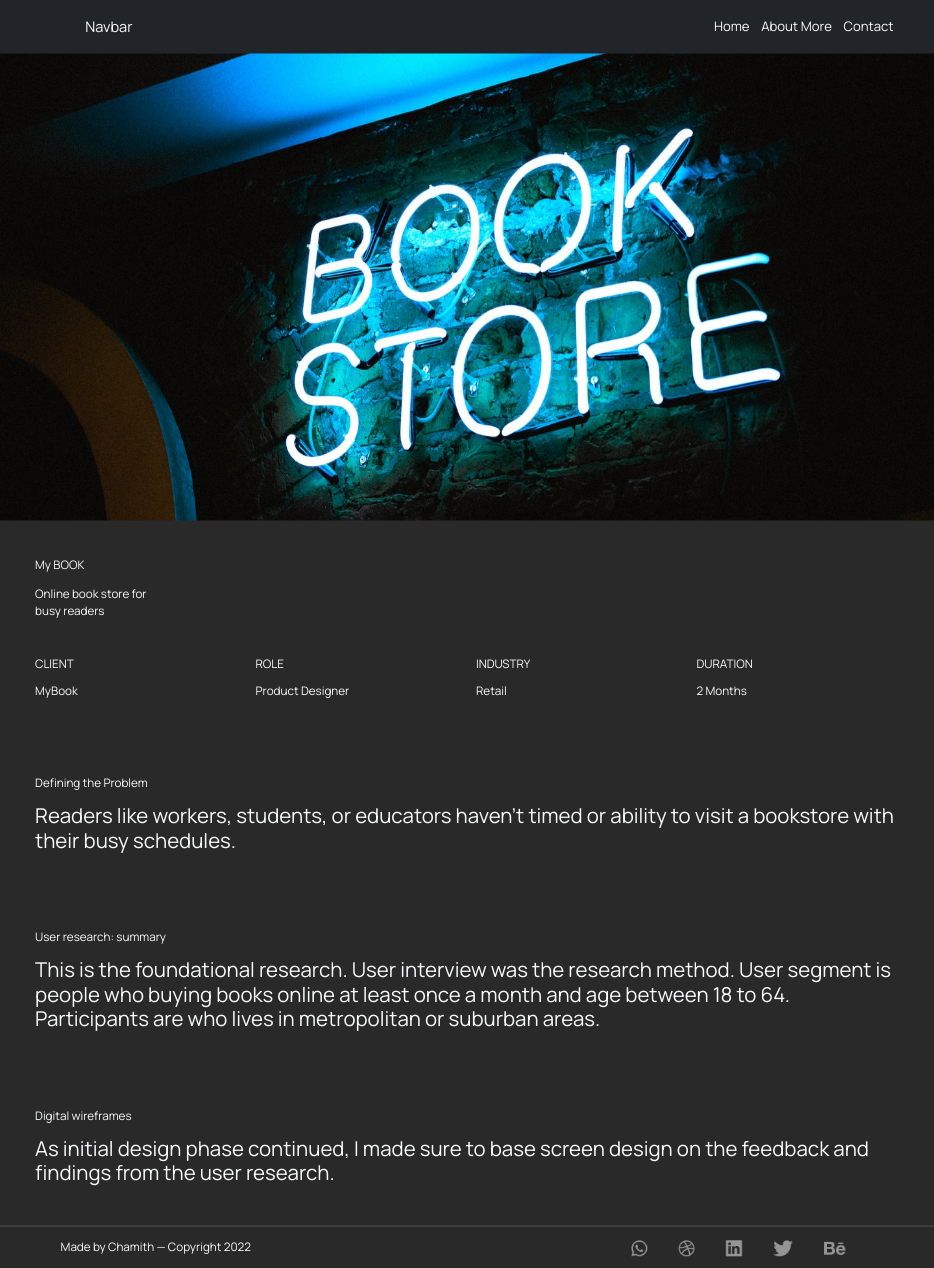
Repository: Realchamithweb/chamith-html
Page: work.html
An editor plug-in stored every save of this project. The page is shown before and after a run of saves, followed by the edit.
The browser window is 1280 px wide. The pictures show the whole page, at 73% of full size.

Above is the page before, as saved 2023-01-24 07:26:05.

### work.html
<!doctype html>
<html lang="en">
  <head>
    <!-- Required meta tags -->
    <meta charset="utf-8">
    <meta name="viewport" content="width=device-width, initial-scale=1">
    <link rel="stylesheet" href="/css/style.css">
    <!-- Bootstrap CSS -->
    <link href="https://cdn.jsdelivr.net/npm/bootstrap@5.0.2/dist/css/bootstrap.min.css" rel="stylesheet" integrity="sha384-EVSTQN3/azprG1Anm3QDgpJLIm9Nao0Yz1ztcQTwFspd3yD65VohhpuuCOmLASjC" crossorigin="anonymous">
    <link rel="stylesheet" href="https://fonts.googleapis.com/css?family=Manrope">
    <title>Hello, world!</title>
  </head>
  <body>
    <div class="main">
            <div class="head">
                <nav class="navbar navbar-expand-lg navbar-light bg-dark">
                    <div class="container-fluid">
                        <div class="col-md-1"></div>
                    <a class="navbar-brand col-md-8 text-light" href="/index.html">Navbar</a>
                    <button class="navbar-toggler" type="button" data-bs-toggle="collapse" data-bs-target="#navbarNavDropdown" aria-controls="navbarNavDropdown" aria-expanded="false" aria-label="Toggle navigation">
                        <span class="navbar-toggler-icon"></span>
                    </button>
                    <div class="collapse navbar-collapse" id="navbarNavDropdown">
                        <ul class="navbar-nav">
                        <li class="nav-item">
                            <a class="nav-link active text-light" aria-current="page" href="/index.html">Home</a>
                        </li>
                        <li class="nav-item">
                            <a class="nav-link text-light" href="/work.html">About More</a>
                        </li>
                        <li class="nav-item">
                            <a class="nav-link text-light" href="/contact.html">Contact</a>
                        </li>
                        </ul>
                    </div>
                    </div>
                </nav>
            </div>
            <section>
                <div class="row">
                    <img src="/inc/work-top.png" class="work-hero">
                </div>
            </section>
            <section>
                <div class="row">
                    <div class="container-fluid text-light ms-5 mt-5">
                        <p>My BOOK</p>
                        <h>Online book store for<br>
                            busy readers </h3>
                    </div>
                </div>
                <div class="row p-5">
                        <div class="col-lg-3 text-light">
                            <p>CLIENT</p>
                            <h6>MyBook</h6>
                        </div>
                        <div class="col-lg-3 text-light">
                            <p>ROLE</p>
                            <h6>Product Designer</h6>
                        </div>
                        <div class="col-lg-3 text-light">
                            <p>INDUSTRY</p>
                            <h6>Retail</h6>
                        </div>
                        <div class="col-lg-3 text-light">
                            <p>DURATION</p>
                            <h6>2 Months</h6>
                        </div>
                </div>
            </section>
            <section>
                <div class="row p-5">
                    <div class="col-lg-12 text-light">
                        <p>Defining the Problem</p>
                        <h3>Readers like workers, students, or educators haven't timed or ability to visit a bookstore with their busy schedules.</h3>
                    </div>
                </div>
            </section>
            <section>
                <div class="row p-5">
                    <div class="col-lg-12 text-light">
                        <p>User research: summary</p>
                        <h3>This is the foundational research. User interview was the research method. User segment is people who buying books online at least once a month and age between 18 to 64. Participants are who lives in metropolitan or suburban areas.</h3>
                    </div>
                </div>
            </section>
            <section>
                <div class="row p-5">
                    <div class="col-lg-12 text-light">
                        <p>Digital wireframes</p>
                        <h3>As initial design phase continued, I made sure to base screen design on the feedback and findings from the user research.</h3>
                    </div>
                </div>
            </section>
            <section></section>
            <section>
              <div class="footer">
                  <div class="container-fluid">
                      <div class="row">
                          <hr class="text-light">
                          <div class="col-lg-4 text-center text-light mb-3">Made by Chamith — Copyright 2022</div>
                          <div class="col-lg-4 mb-3"></div>
                          <div class="col-lg-4 mb-3"><img src="/inc/Icons.png" class="img02"></div>
                      </div>
                  </div>
              </div>
          </section>

  </div>


    <!-- Optional JavaScript; choose one of the two! -->

    <!-- Option 1: Bootstrap Bundle with Popper -->
    <script src="https://cdn.jsdelivr.net/npm/bootstrap@5.0.2/dist/js/bootstrap.bundle.min.js" integrity="sha384-MrcW6ZMFYlzcLA8Nl+NtUVF0sA7MsXsP1UyJoMp4YLEuNSfAP+JcXn/tWtIaxVXM" crossorigin="anonymous"></script>

    <!-- Option 2: Separate Popper and Bootstrap JS -->
    <!--
    <script src="https://cdn.jsdelivr.net/npm/@popperjs/core@2.9.2/dist/umd/popper.min.js" integrity="sha384-IQsoLXl5PILFhosVNubq5LC7Qb9DXgDA9i+tQ8Zj3iwWAwPtgFTxbJ8NT4GN1R8p" crossorigin="anonymous"></script>
    <script src="https://cdn.jsdelivr.net/npm/bootstrap@5.0.2/dist/js/bootstrap.min.js" integrity="sha384-cVKIPhGWiC2Al4u+LWgxfKTRIcfu0JTxR+EQDz/bgldoEyl4H0zUF0QKbrJ0EcQF" crossorigin="anonymous"></script>
    -->
  </body>
</html>

### css/style.css
.main{
    background-color: #292929;
    font-family: 'Manrope', serif;
    overflow-x: hidden;

}
.navbar{
    padding-top: 15px!important;
    padding-bottom: 15px!important;
}
.nav-link{
    font-size: 18px!important;
}
.hero{
    margin-top: 66px;
}

.hero-img{
    margin-top: 3em;
}

.hero-title{
    font-style: normal;
    font-weight: 400;
    font-size: 54px;
    line-height: 64px;
    margin-left: 96px;
}

.hero-text{
    font-style: normal;
    font-weight: 400;
    font-size: 20px;
    line-height: 30px;
    margin-left: 96px;
}

.hero-btn{
    margin-left: 96px;
}

.work-img:hover img{
        opacity: 0.5;
}

.work-img {
    position: relative;
  }

  .bg-color
  .work-img img {
    width: 100%;
    opacity: 1;
    transition: opacity 0.5s;
  }
.work-img .text {
    position: absolute;
    top: 50%;
    left: 50%;
    transform: translate(-50%, -50%);
    text-align: center;
    color: white;
  }

  .work-hero{
    width: 1440px;
    height: 640px;
    left: 0px;
    top: 0px;
  }
/*
.hero-title{
    position: absolute;
    width: 824px;
    height: 192px;
    left: 96px;
    top: 240px;

    font-family: 'Inter';
    font-style: normal;
    font-weight: 400;
    font-size: 54px;
    line-height: 64px;
    color: #000000;
}

.hero-text{
    position: absolute;
    width: 824px;
    height: 90px;
    left: 96px;
    top: 456px;

    font-family: 'Inter';
    font-style: normal;
    font-weight: 400;
    font-size: 20px;
    line-height: 30px;
    /* or 150% */
    /* color: #000000
}

.hero-btn{
    box-sizing: border-box;
    position: absolute;
    width: 341.57px;
    height: 57px;
    left: 96px;
    top: 634px;

    background: #FFFFFF;
    border: 1px solid #000000;
    border-radius: 4px;
}

.f-row{
    display: flex;
    flex-direction: row;
    justify-content: center;
    align-items: center;
    padding: 8px;
    gap: 32px;

    position: absolute;
    height: 48px;
    left: 96px;
    top: 836px;
}

.img00{
    display: flex;
    flex-direction: row;
    justify-content: center;
    align-items: center;
    padding: 8px;
    gap: 32px;

    position: absolute;
    width: 198px;
    height: 48px;
    left: 96px;
    top: 836px;

}

.img01{
    position: absolute;
    width: 612px;
    height: 888px;
    left: 96px;
    top: 964px;
    border-radius: 4px;
}

.img01:hover{
    background: linear-gradient(0deg, rgba(0, 0, 0, 0.6), rgba(0, 0, 0, 0.6)), url("/inc/Bookstore.png"), #292929;
}

.img02{
    position: absolute;
    width: 612px;
    height: 888px;
    left: 732px;
    top: 1102px;

    background: url(3ffea8135910975.Y3JvcCwxMDgwLDg0NCwwLDExNw.png), #292929;
    border-radius: 4px;
}  */

After the next 2 saves:
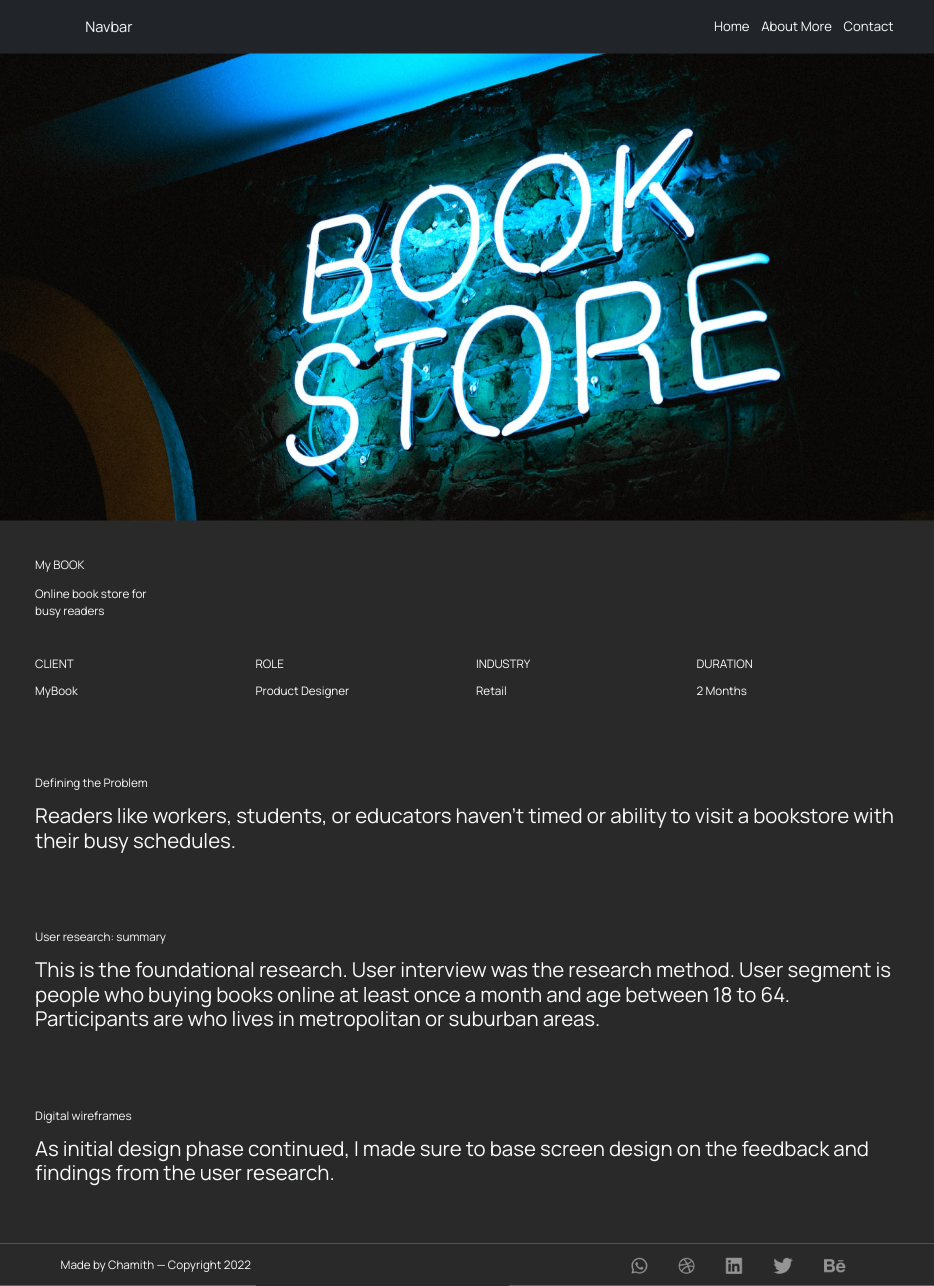
The 2 saves are shown as one change because they came seconds apart.
The last was saved 10 s later.
--- a/work.html
+++ b/work.html
@@ -92,7 +92,7 @@
                     </div>
                 </div>
             </section>
-            <section></section>
+            <section><div class="row">.</div></section>
             <section>
               <div class="footer">
                   <div class="container-fluid">

After the 3 saves that followed:
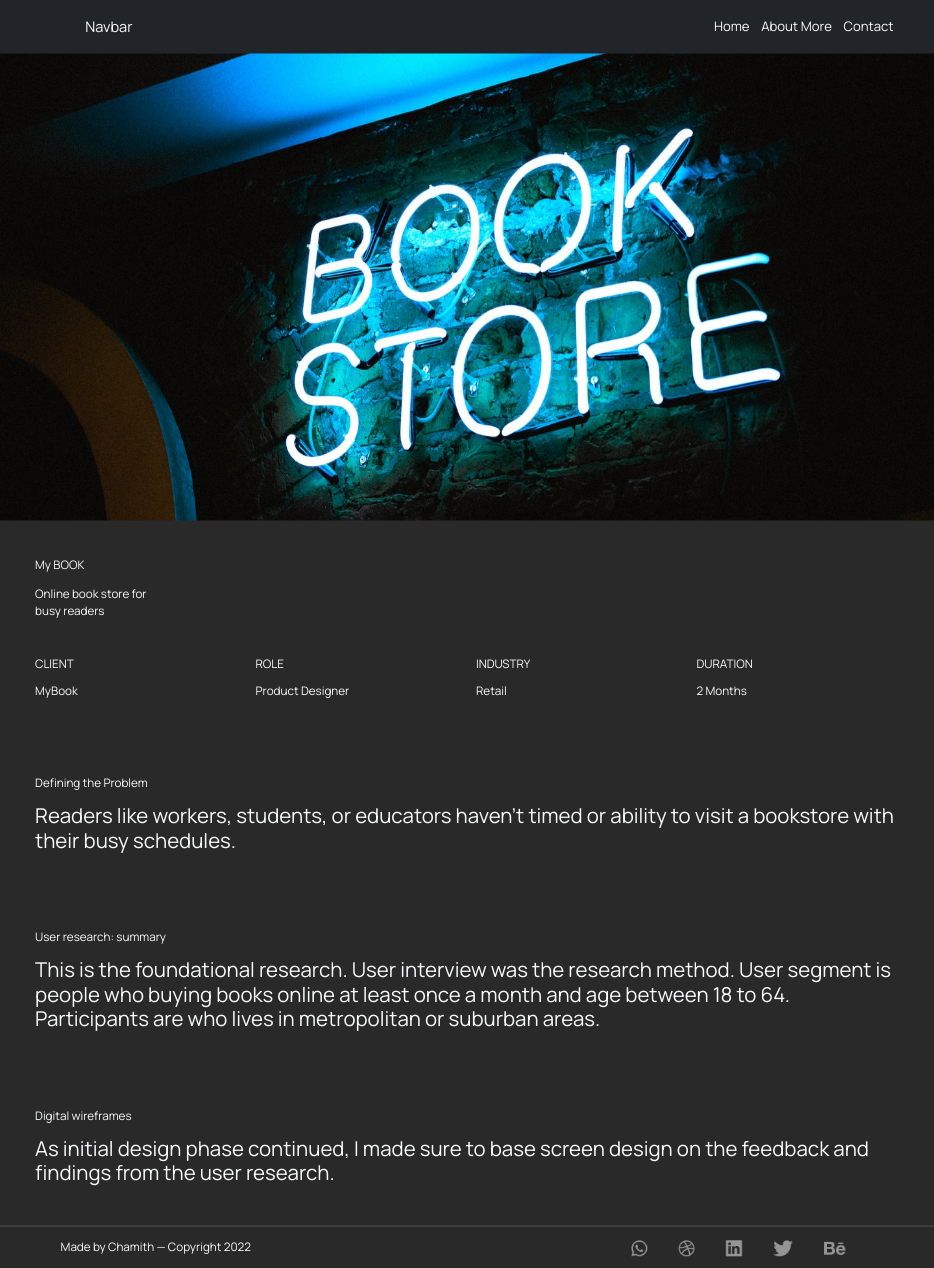
The 3 saves are shown as one change because they came seconds apart.
The last was saved 9 s later.
--- a/work.html
+++ b/work.html
@@ -92,7 +92,7 @@
                     </div>
                 </div>
             </section>
-            <section><div class="row">.</div></section>
+            <section><div class="row"><div class="col-lg-4"></div></div></section>
             <section>
               <div class="footer">
                   <div class="container-fluid">
